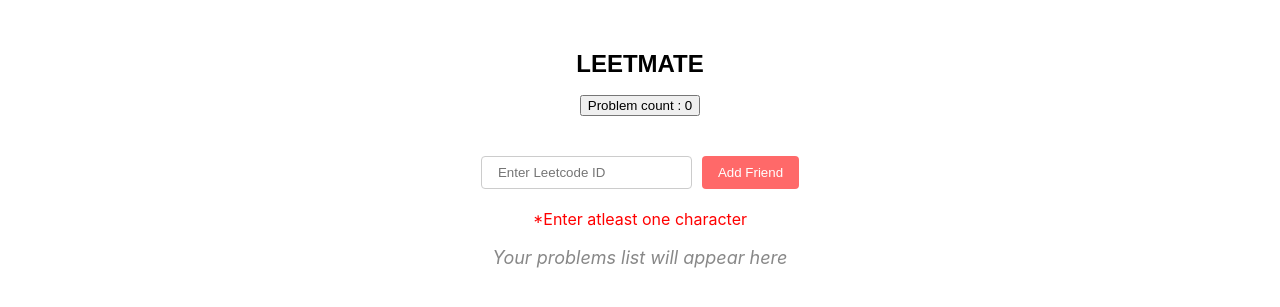
Repository: Sanketh149/leetcode-discord
Page: /
These files come from the project's save history. The page is drawn as it stood at one moment and after the next save; the edit follows.
The browser window is 1280 px wide. The pictures show the whole page.
The project was rebuilt for these pictures with package versions that can differ from the ones it lists, and the page was loaded fresh each time. Also part of the build but not shown: src/Modal.module.css, src/Modal.js, src/Cart.module.css, src/Cart.js.

Above is the page before, as saved 2023-06-21 18:00:46.

After the next save:
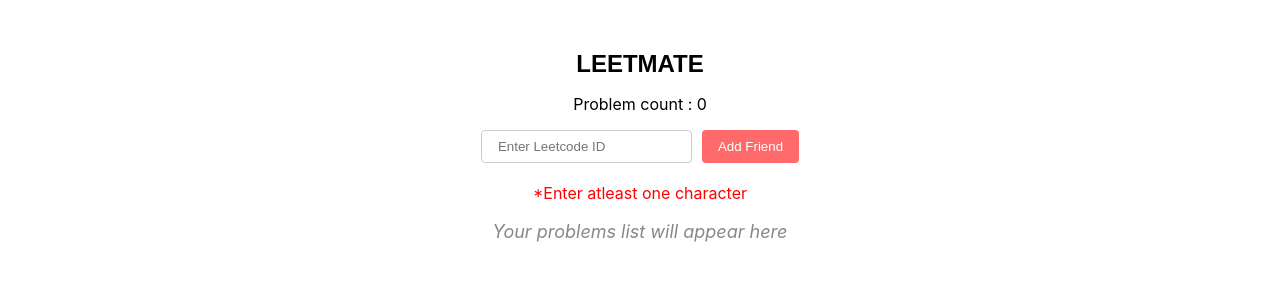
Saved 3 min 56 s later.
--- a/src/App.js
+++ b/src/App.js
@@ -81,7 +81,10 @@
     <div className="app">
       {cartIsShown && <Cart onClose={hideCartHandler} shownName={username} />}
       <h1 className="app__title">LEETMATE</h1>
-      <button className="probCount"> Problem count : {user.length}</button>
+      <div className="problemCountCard">
+        {" "}
+        <p>Problem count : {user.length}</p>
+      </div>
       <form onSubmit={handleSubmit} className="app__form">
         <input
           type="text"
